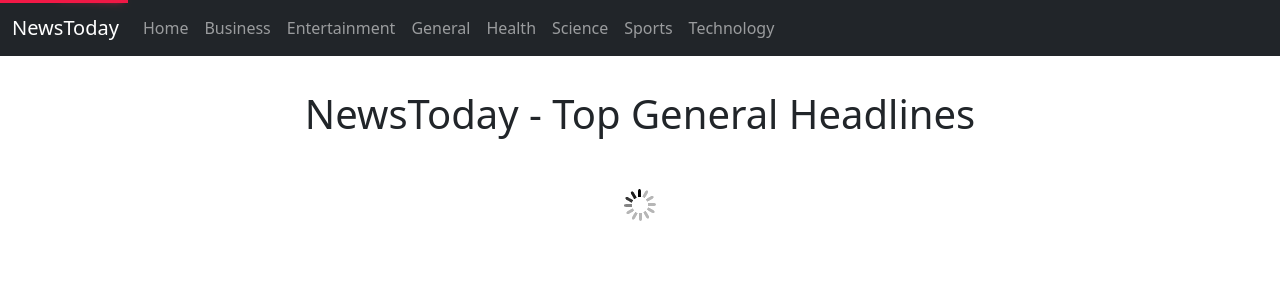
Repository: dark-archer1717/NewsToday
Page: /
The author's editor kept a copy of each file at every save. The page is drawn from the files as they stood at one save, then again after the next save.
The browser window is 1280 px wide. The pictures show the whole page.
The page's requests for data from a server got no answer. The project was rebuilt for these pictures with package versions that can differ from the ones it lists, and the page was loaded fresh each time. No one was signed in, and anything a server would have sent is missing. Also part of the build but not shown: src/App.css, src/components/NewsItem.js.

Above is the page before, as saved 2021-11-29 00:05:47.

### src/App.js
import './App.css';
import React, { useState } from 'react'
import NavBar from './components/NavBar';
import News from './components/News';
import {BrowserRouter as Router, Switch, Route} from "react-router-dom";
import LoadingBar from 'react-top-loading-bar'

const App = ()=> {
  const pageSize = 6;
  const apiKey = process.env.REACT_APP_NEWS_API
  const [progress, setProgress] = useState(0)

    return (
      <div>
        <Router>
        <NavBar/>
        <LoadingBar
        height={3}
        color='#f11946'
        progress={progress}
      />
        <Switch>
          <Route exact path="/"><News setProgress={setProgress} apiKey={apiKey} key="general" pageSize={pageSize} country="in" category="general"/></Route>
          <Route exact path="/business"><News setProgress={setProgress} apiKey={apiKey} key="business" pageSize={pageSize} country="in" category="business"/></Route>
          <Route exact path="/entertainment"><News setProgress={setProgress} apiKey={apiKey} key="entertainment" pageSize={pageSize} country="in" category="entertainment"/></Route>
          <Route exact path="/general"><News setProgress={setProgress} apiKey={apiKey} key="general" pageSize={pageSize} country="in" category="general"/></Route>
          <Route exact path="/health"><News setProgress={setProgress} apiKey={apiKey} key="health" pageSize={pageSize} country="in" category="health"/></Route>
          <Route exact path="/science"><News setProgress={setProgress} apiKey={apiKey} key="science" pageSize={pageSize} country="in" category="science"/></Route>
          <Route exact path="/sports"><News setProgress={setProgress} apiKey={apiKey} key="sports" pageSize={pageSize} country="in" category="sports"/></Route>
          <Route exact path="/technology"><News setProgress={setProgress} apiKey={apiKey} key="technology" pageSize={pageSize} country="in" category="technology"/></Route>
        </Switch>
        </Router>
      </div>
    )

}

export default App;

### src/components/NavBar.js
import React from 'react'
import { Link } from "react-router-dom";

const NavBar = () => {

    return (
        <div>
            <nav className="navbar fixed-top navbar-expand-lg navbar-dark bg-dark">
                <div className="container-fluid">
                    <Link className="navbar-brand" to="/">NewsToday</Link>
                    <button className="navbar-toggler" type="button" data-bs-toggle="collapse" data-bs-target="#navbarSupportedContent" aria-controls="navbarSupportedContent" aria-expanded="false" aria-label="Toggle navigation">
                        <span className="navbar-toggler-icon"></span>
                    </button>
                    <div className="collapse navbar-collapse" id="navbarSupportedContent">
                        <ul className="navbar-nav me-auto mb-2 mb-lg-0">
                            <li className="nav-item">
                                <Link className="nav-link" aria-current="page" to="/">Home</Link>
                            </li>
                            <li className="nav-item"><Link className="nav-link" to="/business">Business</Link></li>
                            <li className="nav-item"><Link className="nav-link" to="/entertainment">Entertainment</Link></li>
                            <li className="nav-item"><Link className="nav-link" to="/general">General</Link></li>
                            <li className="nav-item"><Link className="nav-link" to="/health">Health</Link></li>
                            <li className="nav-item"><Link className="nav-link" to="/science">Science</Link></li>
                            <li className="nav-item"><Link className="nav-link" to="/sports">Sports</Link></li>
                            <li className="nav-item"><Link className="nav-link" to="/technology">Technology</Link></li>
                        </ul>
                    </div>
                </div>
            </nav>
        </div>
    )

}

export default NavBar

### src/components/News.js
import React, { useEffect, useState } from 'react';
import NewsItem from './NewsItem';
import Spinner from './Spinner';
import PropTypes from 'prop-types';
import InfiniteScroll from 'react-infinite-scroll-component';

const News = (props) => {
  const [articles, setArticles] = useState([]);
  const [loading, setLoading] = useState(true);
  const [page, setPage] = useState(1);
  const [totalResults, setTotalResults] = useState(0);

  const capitalizeFirstLetter = (string) => {
    return string.charAt(0).toUpperCase() + string.slice(1);
  };

  const updateNews = async () => {
    props.setProgress(10);
    const url = `https://newsapi.org/v2/top-headlines?country=${props.country}&category=${props.category}&apiKey=${props.apiKey}&page=${page}&pageSize=${props.pageSize}`;
    setLoading(true);
    let data = await fetch(url);
    props.setProgress(30);
    let parsedData = await data.json();
    props.setProgress(70);
    setArticles(parsedData.articles);
    setTotalResults(parsedData.totalResults);
    setLoading(false);
    props.setProgress(100);
  };

  useEffect(() => {
    document.title = `${capitalizeFirstLetter(props.category)} - NewsMonkey`;
    updateNews();
    // eslint-disable-next-line
  }, []);

  const fetchMoreData = async () => {
    const url = `https://newsapi.org/v2/top-headlines?country=${props.country}&category=${props.category}&apiKey=${props.apiKey}&page=${
      page + 1
    }&pageSize=${props.pageSize}`;
    setPage(page + 1);
    let data = await fetch(url);
    let parsedData = await data.json();
    setArticles(articles.concat(parsedData.articles));
    setTotalResults(parsedData.totalResults);
  };

  return (
    <>
      <h1 className="text-center" style={{ margin: '35px 0px', marginTop: '90px' }}>
        NewsToday - Top {capitalizeFirstLetter(props.category)} Headlines
      </h1>
      {loading && <Spinner />}
      <InfiniteScroll dataLength={articles.length} next={fetchMoreData} hasMore={articles.length !== totalResults} loader={<Spinner />}>
        <div className="container">
          <div className="row">
            {articles.map((element) => {
              return (
                <div className="col-md-4" key={element.url}>
                  <NewsItem
                    title={element.title ? element.title : ''}
                    description={element.description ? element.description : ''}
                    imageUrl={element.urlToImage}
                    newsUrl={element.url}
                    author={element.author}
                    date={element.publishedAt}
                    source={element.source.name}
                  />
                </div>
              );
            })}
          </div>
        </div>
      </InfiniteScroll>
    </>
  );
};

News.defaultProps = {
  country: 'in',
  pageSize: 8,
  category: 'general',
};

News.propTypes = {
  country: PropTypes.string,
  pageSize: PropTypes.number,
  category: PropTypes.string,
};

export default News;

Loaded but not shown: public/index.html (common file); src/index.js (common file); src/reportWebVitals.js (common file); src/components/Spinner.js (common file); src/index.css (no stored copy; drawn as an empty file)

After the next save:
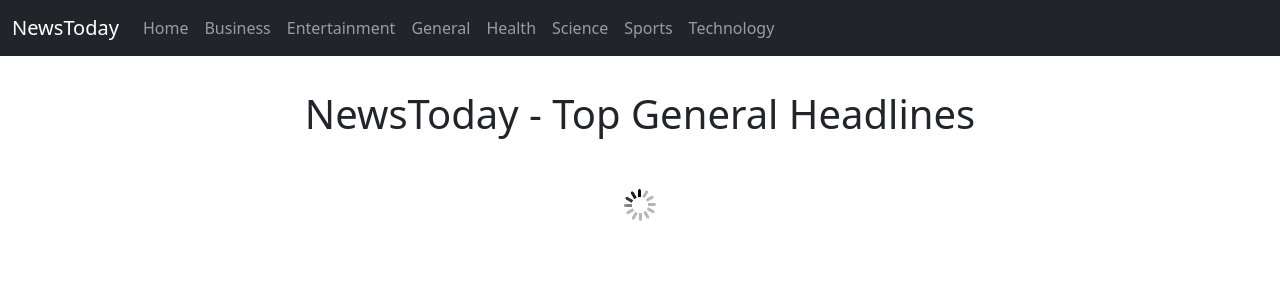
Saved 82 s later.
--- a/src/App.js
+++ b/src/App.js
@@ -3,7 +3,7 @@
 import NavBar from './components/NavBar';
 import News from './components/News';
 import {BrowserRouter as Router, Switch, Route} from "react-router-dom";
-import LoadingBar from 'react-top-loading-bar'
+/* import LoadusgBar from 'react-top-loadusg-bar' */
 
 const App = ()=> {
   const pageSize = 6;
@@ -14,20 +14,20 @@
       <div>
         <Router>
         <NavBar/>
-        <LoadingBar
+       {/*  <LoadusgBar
         height={3}
         color='#f11946'
         progress={progress}
-      />
+      /> */}
         <Switch>
-          <Route exact path="/"><News setProgress={setProgress} apiKey={apiKey} key="general" pageSize={pageSize} country="in" category="general"/></Route>
-          <Route exact path="/business"><News setProgress={setProgress} apiKey={apiKey} key="business" pageSize={pageSize} country="in" category="business"/></Route>
-          <Route exact path="/entertainment"><News setProgress={setProgress} apiKey={apiKey} key="entertainment" pageSize={pageSize} country="in" category="entertainment"/></Route>
-          <Route exact path="/general"><News setProgress={setProgress} apiKey={apiKey} key="general" pageSize={pageSize} country="in" category="general"/></Route>
-          <Route exact path="/health"><News setProgress={setProgress} apiKey={apiKey} key="health" pageSize={pageSize} country="in" category="health"/></Route>
-          <Route exact path="/science"><News setProgress={setProgress} apiKey={apiKey} key="science" pageSize={pageSize} country="in" category="science"/></Route>
-          <Route exact path="/sports"><News setProgress={setProgress} apiKey={apiKey} key="sports" pageSize={pageSize} country="in" category="sports"/></Route>
-          <Route exact path="/technology"><News setProgress={setProgress} apiKey={apiKey} key="technology" pageSize={pageSize} country="in" category="technology"/></Route>
+          <Route exact path="/"><News setProgress={setProgress} apiKey={apiKey} key="general" pageSize={pageSize} country="us" category="general"/></Route>
+          <Route exact path="/bususess"><News setProgress={setProgress} apiKey={apiKey} key="bususess" pageSize={pageSize} country="us" category="bususess"/></Route>
+          <Route exact path="/entertausment"><News setProgress={setProgress} apiKey={apiKey} key="entertausment" pageSize={pageSize} country="us" category="entertausment"/></Route>
+          <Route exact path="/general"><News setProgress={setProgress} apiKey={apiKey} key="general" pageSize={pageSize} country="us" category="general"/></Route>
+          <Route exact path="/health"><News setProgress={setProgress} apiKey={apiKey} key="health" pageSize={pageSize} country="us" category="health"/></Route>
+          <Route exact path="/science"><News setProgress={setProgress} apiKey={apiKey} key="science" pageSize={pageSize} country="us" category="science"/></Route>
+          <Route exact path="/sports"><News setProgress={setProgress} apiKey={apiKey} key="sports" pageSize={pageSize} country="us" category="sports"/></Route>
+          <Route exact path="/technology"><News setProgress={setProgress} apiKey={apiKey} key="technology" pageSize={pageSize} country="us" category="technology"/></Route>
         </Switch>
         </Router>
       </div>
